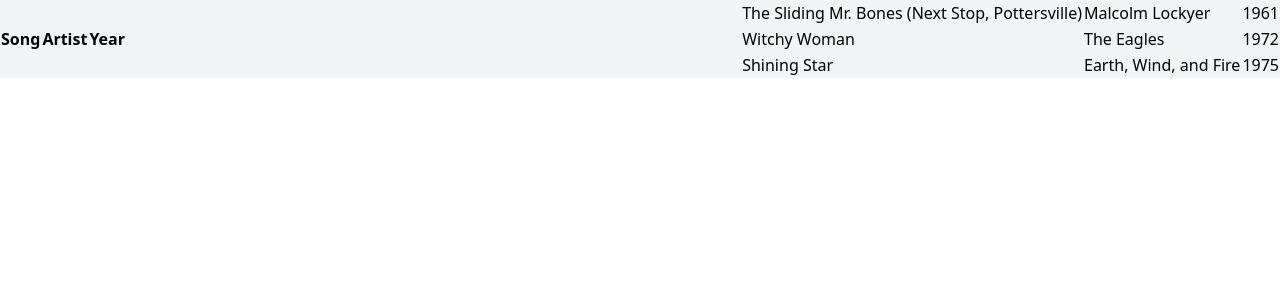
Repository: Semanmernstack/next-13-prisma-crud
Page: /
An editor plug-in stored every save of this project. The page is shown before and after the next save, followed by the edit.
The browser window is 1280 px wide. The pictures show the whole page.
The project was rebuilt for these pictures with package versions that can differ from the ones it lists, and the page was loaded fresh each time. The framework's server and built-in components were replaced by stand-ins that run in the browser. Also part of the build but not shown: next.config.js.

Above is the page before, as saved 2023-05-31 06:46:24.

### app/layout.tsx
import './globals.css'
import { Inter } from 'next/font/google'



export const metadata = {
  title: 'Create Next App',
  description: 'Generated by create next app',
}

export default function RootLayout({
  children,
}: {
  children: React.ReactNode
}) {
  return (
    <html lang="en">
      <body className="">{children}</body>
    </html>
  )
}

### app/page.tsx
import Link from "next/link"


export default function Home() {
  return (
    <main className="bg-gray-100">
      <Link href={'/product'}>

      <table className="flex items-center justify-between">
        <thead>
          <tr>
            <th>Song</th>
            <th>Artist</th>
            <th>Year</th>
          </tr>
        </thead>
        <tbody>
          <tr>
            <td>The Sliding Mr. Bones (Next Stop, Pottersville)</td>
            <td>Malcolm Lockyer</td>
            <td>1961</td>
          </tr>
          <tr>
            <td>Witchy Woman</td>
            <td>The Eagles</td>
            <td>1972</td>
          </tr>
          <tr>
            <td>Shining Star</td>
            <td>Earth, Wind, and Fire</td>
            <td>1975</td>
          </tr>
        </tbody>
      </table>

      </Link>


    </main>
  )
}

Loaded but not shown: app/globals.css (common file); tailwind.config.js (common file)

After the next save:
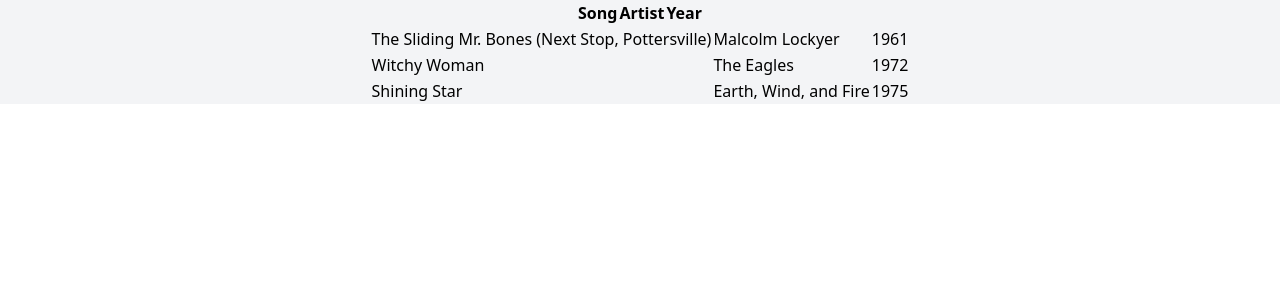
Saved 19 s later.
--- a/app/page.tsx
+++ b/app/page.tsx
@@ -6,7 +6,7 @@
     <main className="bg-gray-100">
       <Link href={'/product'}>
 
-      <table className="flex items-center justify-between">
+      <table className="flex flex-col items-center justify-between">
         <thead>
           <tr>
             <th>Song</th>
